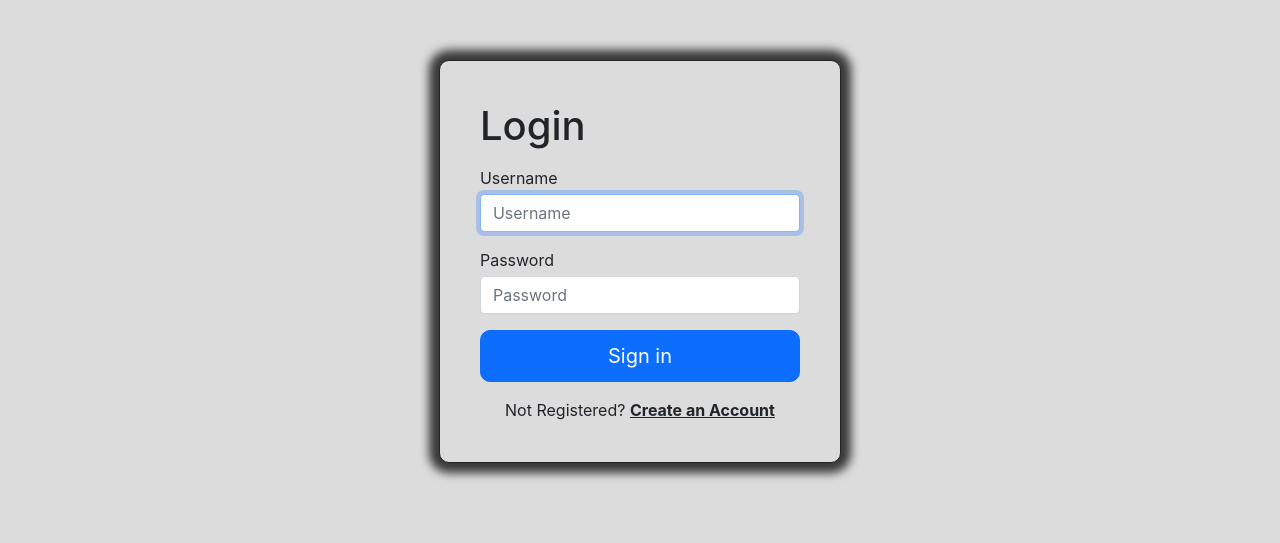
Repository: Rittaki/web-client
Page: /
The author's editor kept a copy of each file at every save. The page is drawn from the files as they stood at one save, then again after a run of saves.
The browser window is 1280 px wide. The pictures show the whole page.
The project was rebuilt for these pictures with package versions that can differ from the ones it lists, and the page was loaded fresh each time. Also part of the build but not shown: src/App.css, src/components/Signup.js.

Above is the page before, as saved 2022-04-04 23:53:26.

### public/index.html
<!DOCTYPE html>
<html>
    <head>
        <!-- Required meta tags -->
        <meta charset="utf-8">
        <meta name="viewport" content="width=device-width, initial-scale=1">

        <!-- Bootstrap CSS -->
        <link href="https://cdn.jsdelivr.net/npm/bootstrap@5.1.3/dist/css/bootstrap.min.css"
        rel="stylesheet" integrity="sha384-1BmE4kWBq78iYhFldvKuhfTAU6auU8tT94WrHftjDbrCEXSU1oBoqyl2QvZ6jIW3"
        crossorigin="anonymous">

        <title>Login page</title>
    </head>
    <body>
        <div id="root"></div>
        <script src="https://cdn.jsdelivr.net/npm/bootstrap@5.1.3/dist/js/bootstrap.bundle.min.js"
            integrity="sha384-ka7Sk0Gln4gmtz2MlQnikT1wXgYsOg+OMhuP+IlRH9sENBO0LRn5q+8nbTov4+1p"
            crossorigin="anonymous"></script>
    </body>
</html>

### src/index.js
import React from 'react';
import ReactDOM from 'react-dom';
import './index.css';
import App from './App';

ReactDOM.render(
    <React.StrictMode>
        <App />
    </React.StrictMode>,
  document.getElementById('root')
);

### src/App.js
import './App.css';
import Login from './components/Login';
import Signup from './components/Signup';
import { BrowserRouter, Routes, Route } from 'react-router-dom';


function App() {
    return (
        <div>
            <BrowserRouter>
                <Routes>
                    <Route path='/Signup' element={<Signup/>}></Route>
                    <Route path='/' element={<Login/>}></Route>
                </Routes>
            </BrowserRouter>
        </div>
    );
}

export default App;

### src/components/Login.js
import './Login.css';
import { useState, useEffect } from 'react';
import Users from './Users';

function Login() {
const [userName , setUserName] =useState("")
const [password , setPassword] =useState("")
const[isSubmit, setIsSubmit] = useState(false);


    const sunbmitFun = (e) => {
        e.preventDefault();
        setIsSubmit(true);
    }

    return (
        <div className="container-fluid">
            <div className="row">
                <div className="col-md-4 col-sm-4 col-xs-12"></div>
                <div className="col-md-4 col-sm-4 col-xs-12">
                    <div className="mt-20">
                        <form className="form-container" onSubmit={sunbmitFun}>
                            <h1>Login</h1>
                            <div className="form-group mt-3">
                                <label htmlFor="user" className="sr-only">Username</label>
                                <input type="text" id="user" className="form-control mt-1 mb-3" placeholder="Username" required autoFocus onChange={(e)=>setUserName(e.target.value)}/>
                            </div>
                            <label htmlFor="password" className="sr-only">Password</label>
                            <input type="password" id="password" className="form-control mt-1" placeholder="Password" required onChange={(e)=>setPassword(e.target.value)} />
                            <div className="mt-3">
                                <button className="btn btn-lg btn-primary btn-block"  >Sign in</button>
                            </div>
                            <div className="mt-3 text-center">
                                Not Registered? <a href="/Signup" className="text-dark fw-bold" > Create an Account</a>
                            </div>
                            <Users checkName={userName} checkPassword={password} submit={isSubmit}/>
                        </form>
                    </div>
                </div>
            </div>
        </div>
    );
}

export default Login

### src/components/Login.css
* { background-color: gainsboro; }
.btn-lg {
    padding: 10px 20px;
    font-size: 20px;
    border-radius: 10px;
    width: 100%;
}
.mt-20 {
    margin-top: 20% !important;
}
.form-container {
    border: 1px solid;
    padding: 10%;
    border-radius: 10px;
    -webkit-box-shadow: 0px 0px 10px 10px rgba(0,0,0,0.75);
    -moz-box-shadow: 0px 0px 10px 10px rgba(0,0,0,0.75);
    box-shadow: 0px 0px 10px 10px rgba(0,0,0,0.75);
}

### src/components/Users.jsx
import React from 'react'
import { useState } from 'react';
export default function Users(props) {
    const[isFound, setIsFound] = useState(false);
    const userList = [
        {userName : "daniel" , nickName: "Daniel" , picture : " " , password: "123"},
        {userName : "eden" , nickName: "eden" , picture : " " , password: "456"},
        {userName : "rita" , nickName: "rita" , picture : " " , password: "789"},

    ]

    function compare(item){
        console.log(item);
        if(item.userName==props.checkName){
            if(item.password==props.checkPassword){
                setIsFound(true)
            }
        }
    }

    function checkDatabase(){
        if(props.submit){
            userList.map((item)=>compare);
        }
        console.log("hi");
    }
  return (
    <div>

    </div>
  )
}

### src/components/Signup.css
* { background-color: gainsboro; }
.btn-lg {
    padding: 10px 20px;
    font-size: 20px;
    border-radius: 10px;
    width: 100%;
}
.mt-20 {
    margin-top: 15% !important;
}
.form-container {
    border: 1px solid;
    padding: 10%;
    border-radius: 10px;
    -webkit-box-shadow: 0px 0px 10px 10px rgba(0,0,0,0.75);
    -moz-box-shadow: 0px 0px 10px 10px rgba(0,0,0,0.75);
    box-shadow: 0px 0px 10px 10px rgba(0,0,0,0.75);
}

Loaded but not shown: src/index.css (common file)

After the next 2 saves:
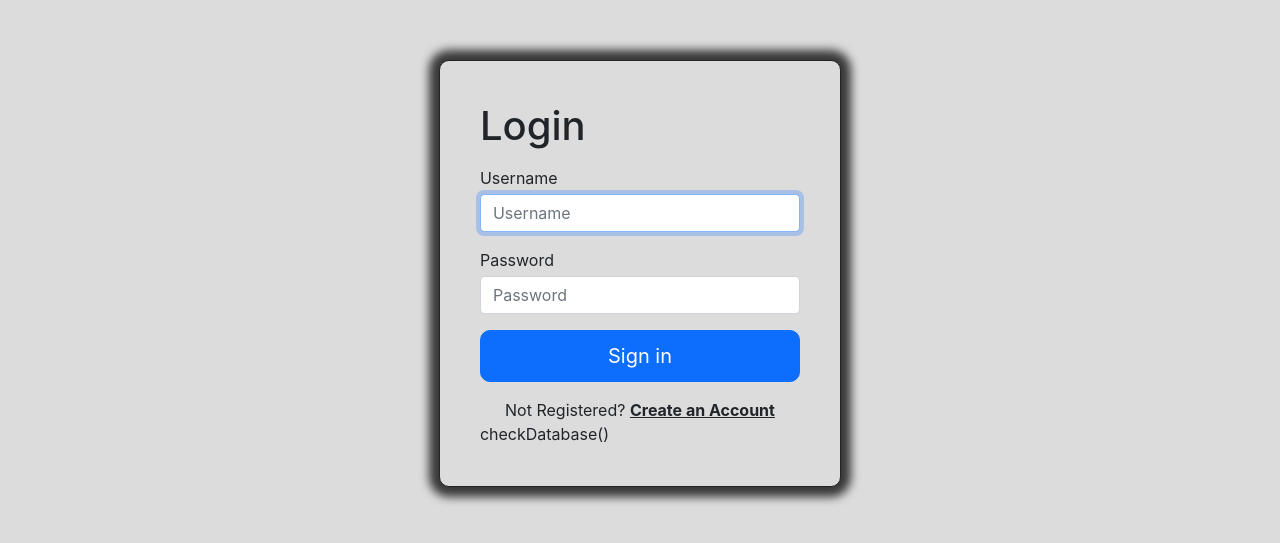
The 2 saves are shown as one change because they came seconds apart.
The last was saved 72 s later.
--- a/src/components/Users.jsx
+++ b/src/components/Users.jsx
@@ -26,7 +26,7 @@ export default function Users(props) {
     }
   return (
     <div>
-
+        checkDatabase()
     </div>
   )
 }
